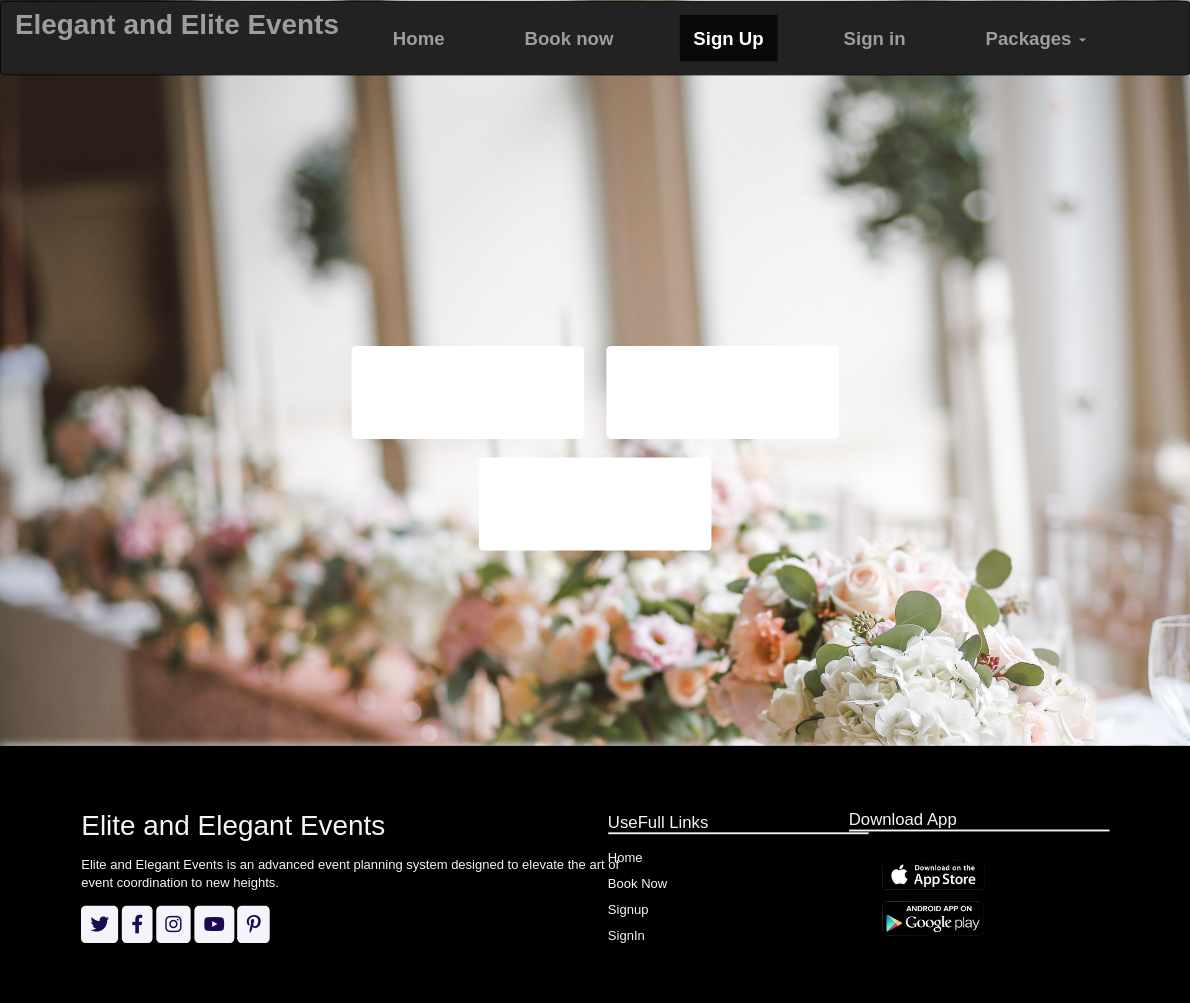
Repository: it22272690/Event-Planning-System
Page: http://localhost/PaymentDemo/useraccount.jsp
The author's editor kept a copy of each file at every save. The page is drawn from the files as they stood at one save, then again after the next save.
The browser window is 1280 px wide. The pictures show the whole page, at 93% of full size.
Some web fonts or font styles are not loaded; a fallback is used. The page is served by Tomcat 10.

Above is the page before, as saved 2023-10-24 09:34:57.

After the next save:
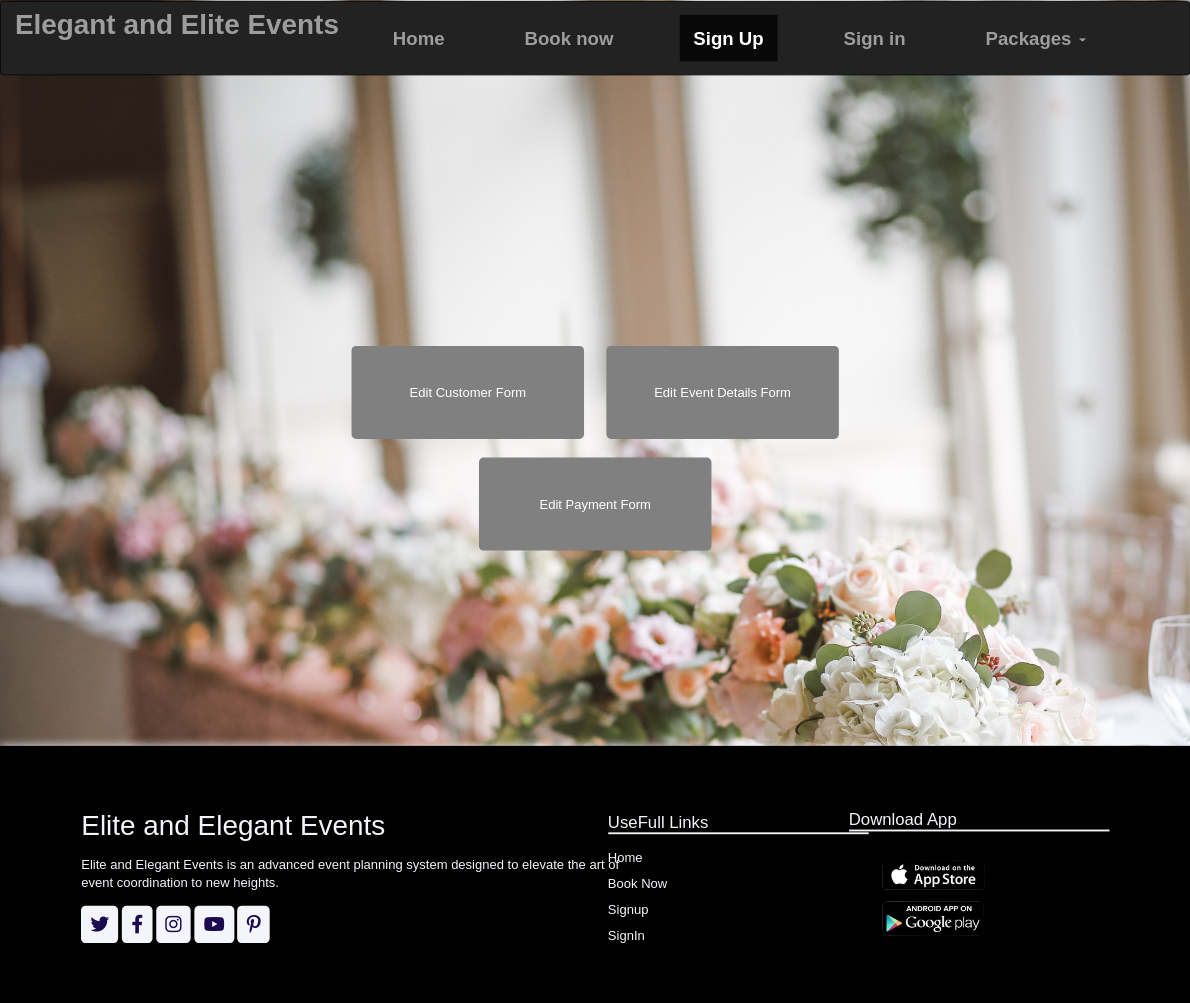
Saved 67 s later.
--- a/PaymentDemo/src/main/webapp/useraccount.jsp
+++ b/PaymentDemo/src/main/webapp/useraccount.jsp
@@ -43,8 +43,8 @@
 	width: 200px;
     height: 200px;
     padding: 30px 30px;
-    background-color: rgb(255, 255, 255);
-    color: #fff;
+    background-color:  rgb(128, 128, 128);
+    color: #;
     border: none;
     border-radius: 5px;
     cursor: pointer;
